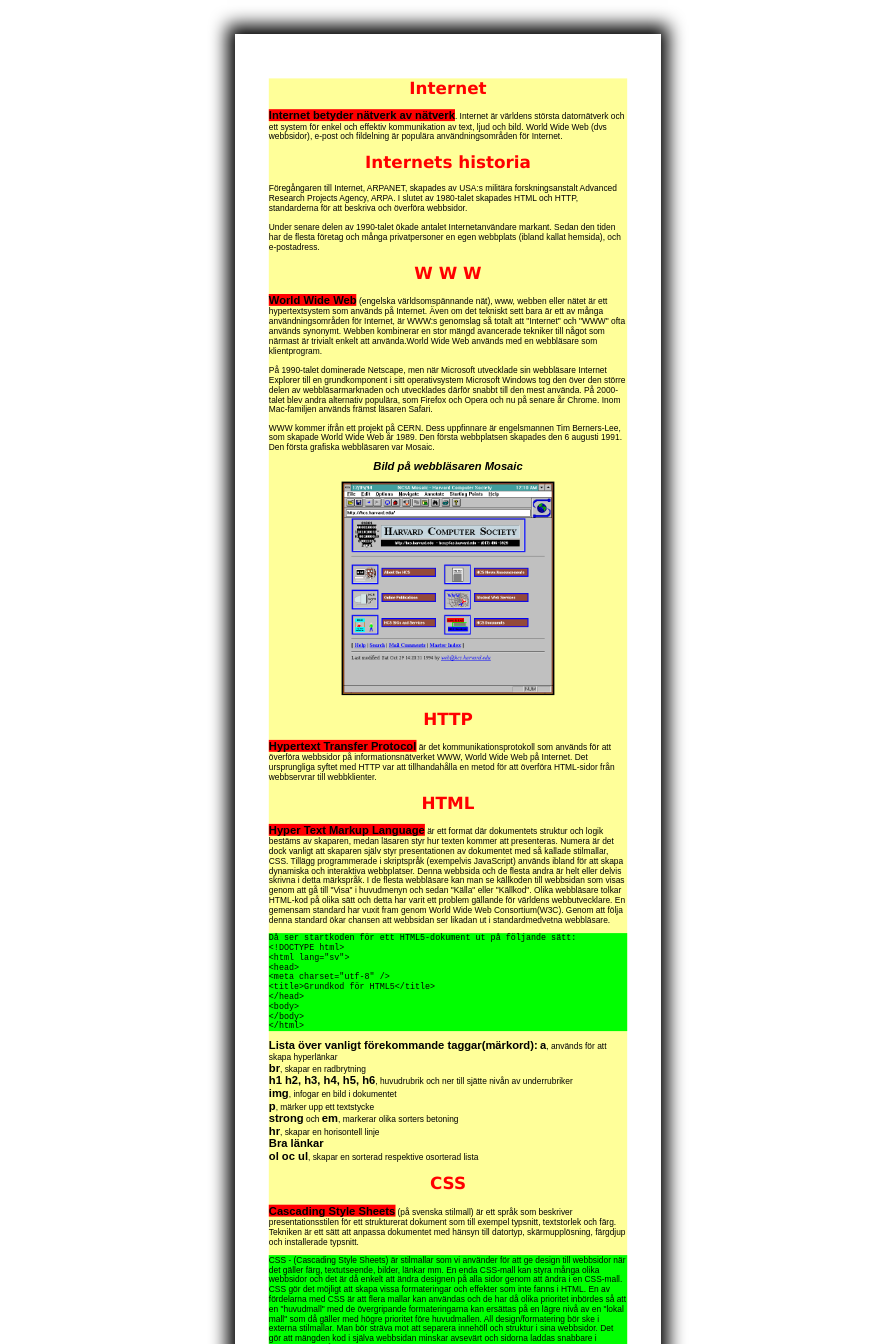
Repository: ViggoSkj/VGY
Page: ovningar/ovning3/ovning3.html
The author's editor kept a copy of each file at every save. The page is drawn from the files as they stood at one save, then again after the next save.
The browser window is 1280 px wide. The pictures show the part of the page from y = 0 to 1920 px (the page is 2433 px tall before and 2643 px after), at 70% of full size.

Above is the page before, as saved 2022-11-27 11:40:14.

After the next save:
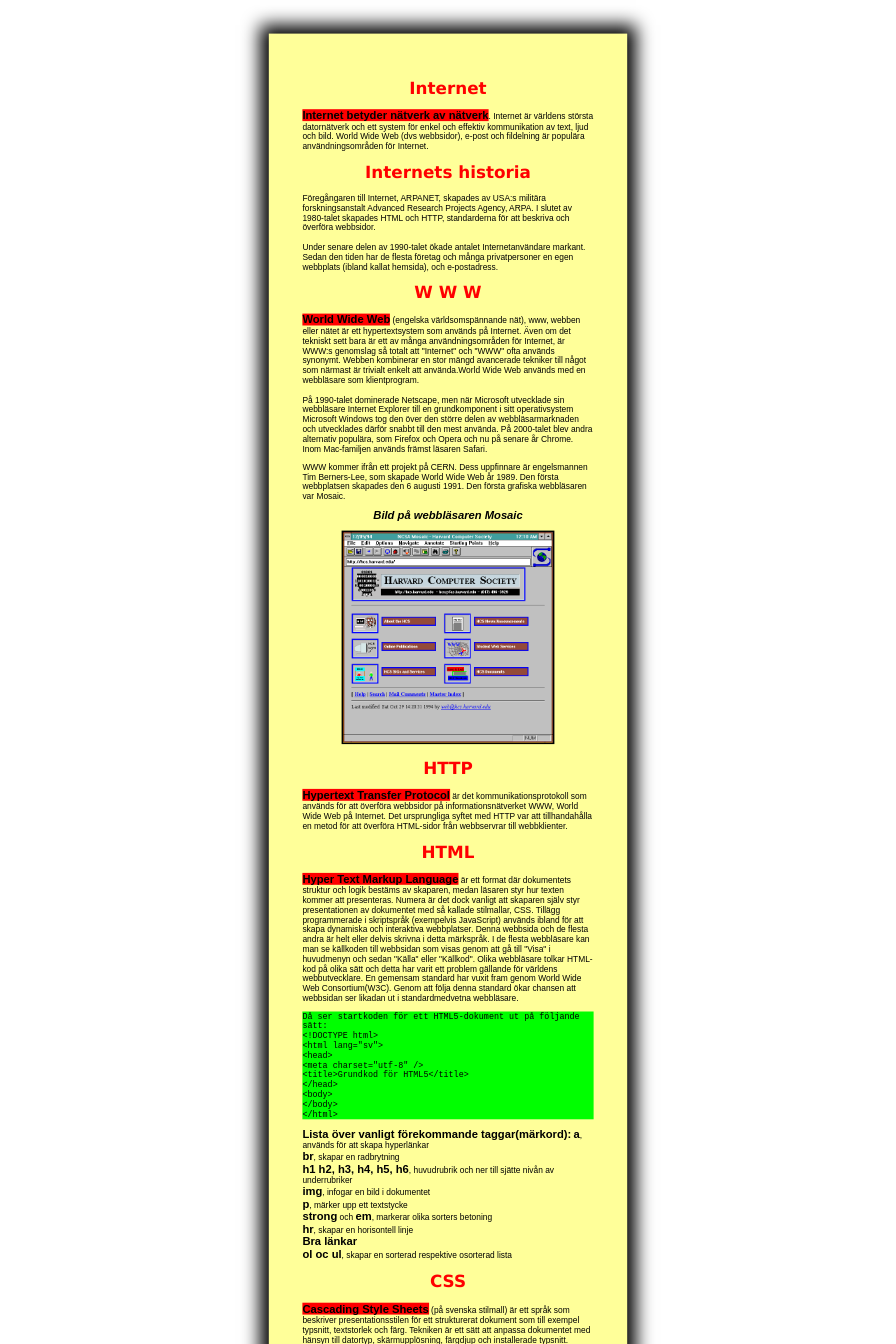
Saved 11 s later.
--- a/ovningar/ovning3/public/css/style.css
+++ b/ovningar/ovning3/public/css/style.css
@@ -8,11 +8,11 @@ body
     margin-top: 4em;
     margin-bottom: 4em;
     box-shadow: black 0em 0em 2em 1em;
-    padding: 4em;
 }
 
 .container {
     background-color: #ffff99;
+    padding: 4em;
 }
 
 h1
